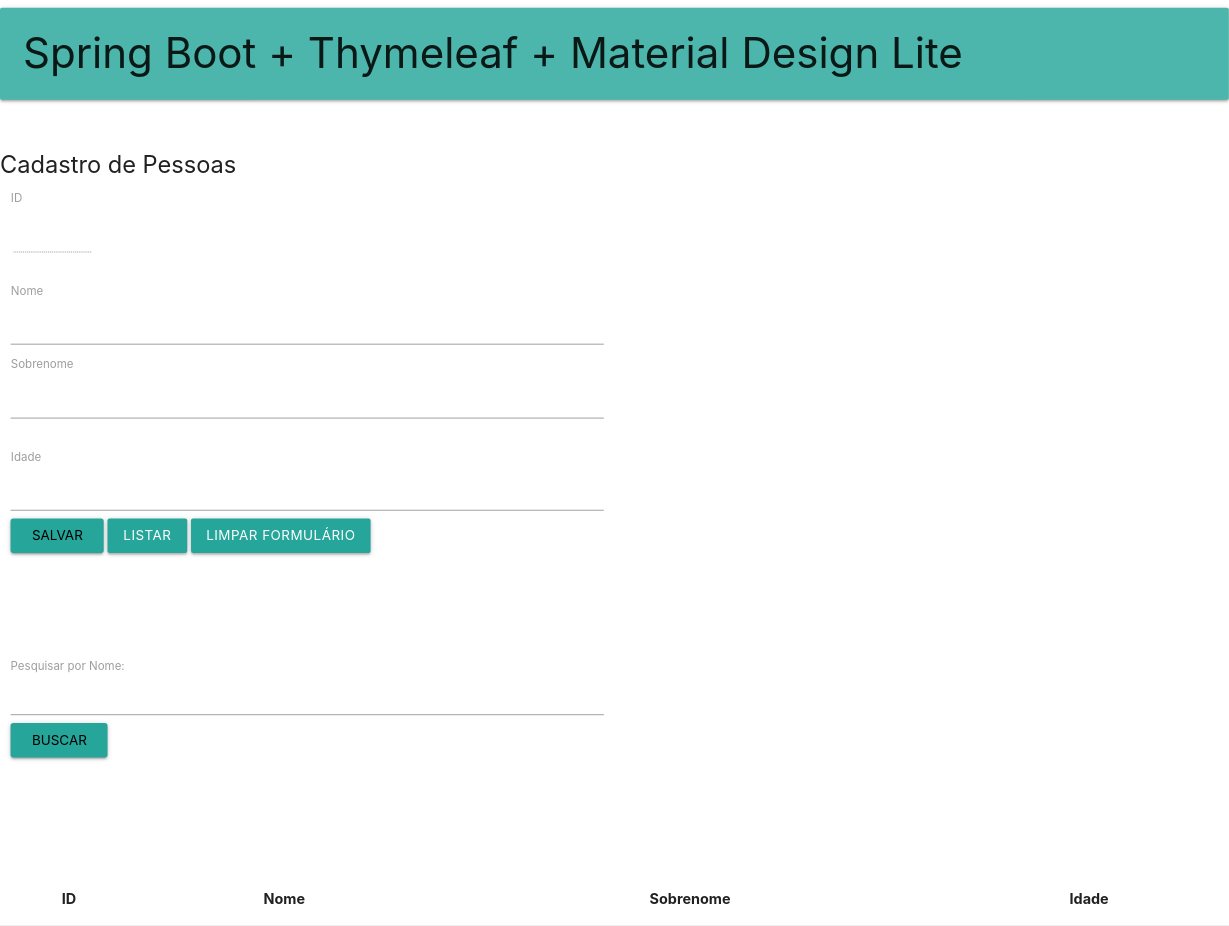
Repository: wendell-comp/Sistema-de-Gestao-de-Pessoas
Page: http://localhost/cadastro/cadastropessoa
These files come from the project's save history. The page is drawn as it stood at one moment and after the next save; the edit follows.
The browser window is 1280 px wide. The pictures show the whole page, at 96% of full size.
The page is this project's Thymeleaf template; nobody is signed in. The template is opened directly, without the code that normally fills it, so the values that code supplies are empty.

Above is the page before, as saved 2021-02-09 20:03:08.

### springboot/src/main/resources/templates/cadastro/cadastropessoa.html
<!DOCTYPE html>
<html xmlns="http://www.w3.org/1999/xhtml"
	xmlns:th="http://www.thymeleaf.org">

<head>
<meta charset="UTF-8">
<title>Formulario Java</title>


<link href="https://fonts.googleapis.com/icon?family=Material+Icons"
	rel="stylesheet">
<link type="text/css" rel="stylesheet"
	href="/materialize/css/materialize.css" media="screen,projection" />
<link type="text/css" rel="stylesheet" href="materialize.min.css"
	media="screen,projection" />

</head>
<body>
	<h3 class="card-panel teal lighten-2">Spring Boot + Thymeleaf + Material Design Lite</h3>
	<br />
	<h5>Cadastro de Pessoas</h5>

	<div class="row">
		<form action="salvarpessoa" id="formpessoa" method="post" th:object="${pessoaobj}" class="col s12">

			<div class="row">
				<div class="input-fiel col s1">
					<label for="id" class="active">ID</label>
					<input name="id" th:field="*{id}" readonly="readonly">
				</div>
			</div>

			<div class="row">
				<div class="input-fiel col s6">
					<label for="nome" class="active">Nome</label>
					<input name="nome" th:field="*{nome}">

					<label for="sobrenome" class="active">Sobrenome</label>
					<input name="sobrenome" th:field="*{sobrenome}">
				</div>
			</div>

			<div class="row">
				<div class="input-fiel col s6">
					<label for="idade" class="active">Idade</label>
					<input name="idade" th:field="*{idade}" id="idade">
					<input class="waves-effect waves-light btn" type="submit" value="Salvar">
					<a href="/listaspessoas" class="waves-effect waves-light btn">Listar</a>
					<button class="waves-effect waves-ligth btn" onclick="document.getElementById ('formpessoa').reset();">Limpar Formulário</button>
				</div>
			</div>


		</form>
	</div>

	<br />
	<br />
	<br />

	<div class="row">

		<form action="pesquisarpessoa" method="post" class="col s12">
			<div class="row">
				<div class="input-field col s6">
					<label for="nomepesquisa" class="active">Pesquisar por Nome: </label>
					<input name="nomepesquisa" id="nomepesquisa" class="validate">
					<input class="waves-effect waves-light btn" type="submit" value="Buscar">
				</div>
			</div>
		</form>

	</div>

	<br />
	<br />
	<br />
	<table class="centered">
		<thead>
			<tr>
				<th>ID</th>
				<th>Nome</th>
				<th>Sobrenome</th>
				<th>Idade</th>
			</tr>
		</thead>
		<tr th:each="pessoa : ${pessoas}">
			<td th:text="${pessoa.id}"></td>
			<td th:text="${pessoa.nome}"></td>
			<td th:text="${pessoa.sobrenome}"></td>
			<td th:text="${pessoa.idade}"></td>
			<td><a
				th:href="@{/editarpessoa/{idpessoa}(idpessoa=${pessoa.id})}">Editar</a></td>
			<td><a
				th:href="@{/removerpessoa/{idpessoa}(idpessoa=${pessoa.id})}">Excluir</a></td>
		</tr>

	</table>



	<script type="text/javascript" src="materialize/js/materialize.js"></script>
	<script type="text/javascript" src="materialize/js/materialize.min.js"></script>
</body>
</html>

Loaded but not shown: springboot/src/main/resources/static/materialize/css/materialize.css (library); springboot/src/main/resources/static/materialize/js/materialize.js (library); springboot/src/main/resources/static/materialize/js/materialize.min.js (library); springboot/src/main/resources/static/materialize/css/materialize.min.css (library)

After the next save:
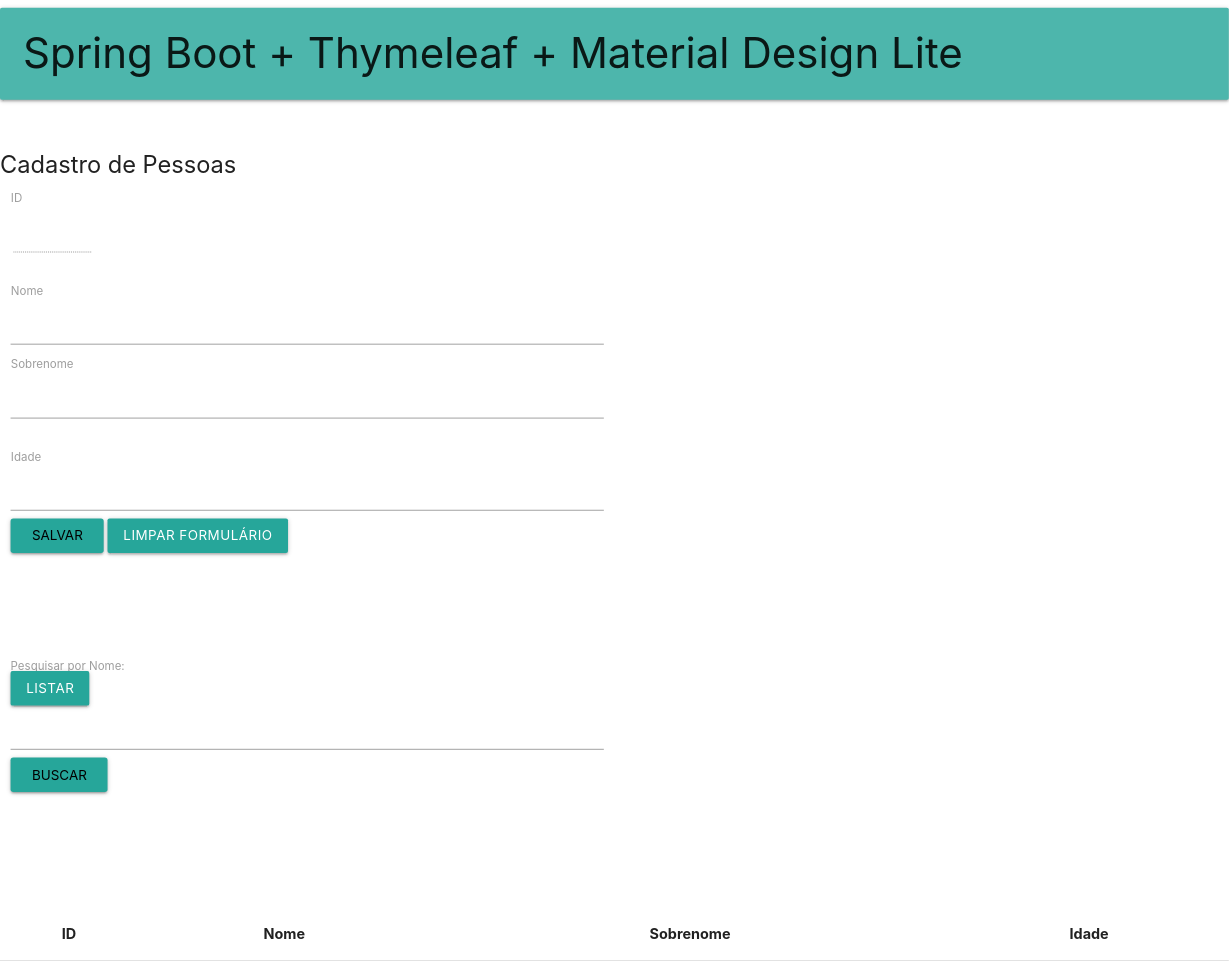
Saved 10 min 59 s later.
--- a/springboot/src/main/resources/templates/cadastro/cadastropessoa.html
+++ b/springboot/src/main/resources/templates/cadastro/cadastropessoa.html
@@ -45,7 +45,7 @@
 					<label for="idade" class="active">Idade</label>
 					<input name="idade" th:field="*{idade}" id="idade">
 					<input class="waves-effect waves-light btn" type="submit" value="Salvar">
-					<a href="/listaspessoas" class="waves-effect waves-light btn">Listar</a>
+
 					<button class="waves-effect waves-ligth btn" onclick="document.getElementById ('formpessoa').reset();">Limpar Formulário</button>
 				</div>
 			</div>
@@ -64,6 +64,7 @@
 			<div class="row">
 				<div class="input-field col s6">
 					<label for="nomepesquisa" class="active">Pesquisar por Nome: </label>
+					<a href="/listaspessoas" class="waves-effect waves-light btn">Listar</a>
 					<input name="nomepesquisa" id="nomepesquisa" class="validate">
 					<input class="waves-effect waves-light btn" type="submit" value="Buscar">
 				</div>
